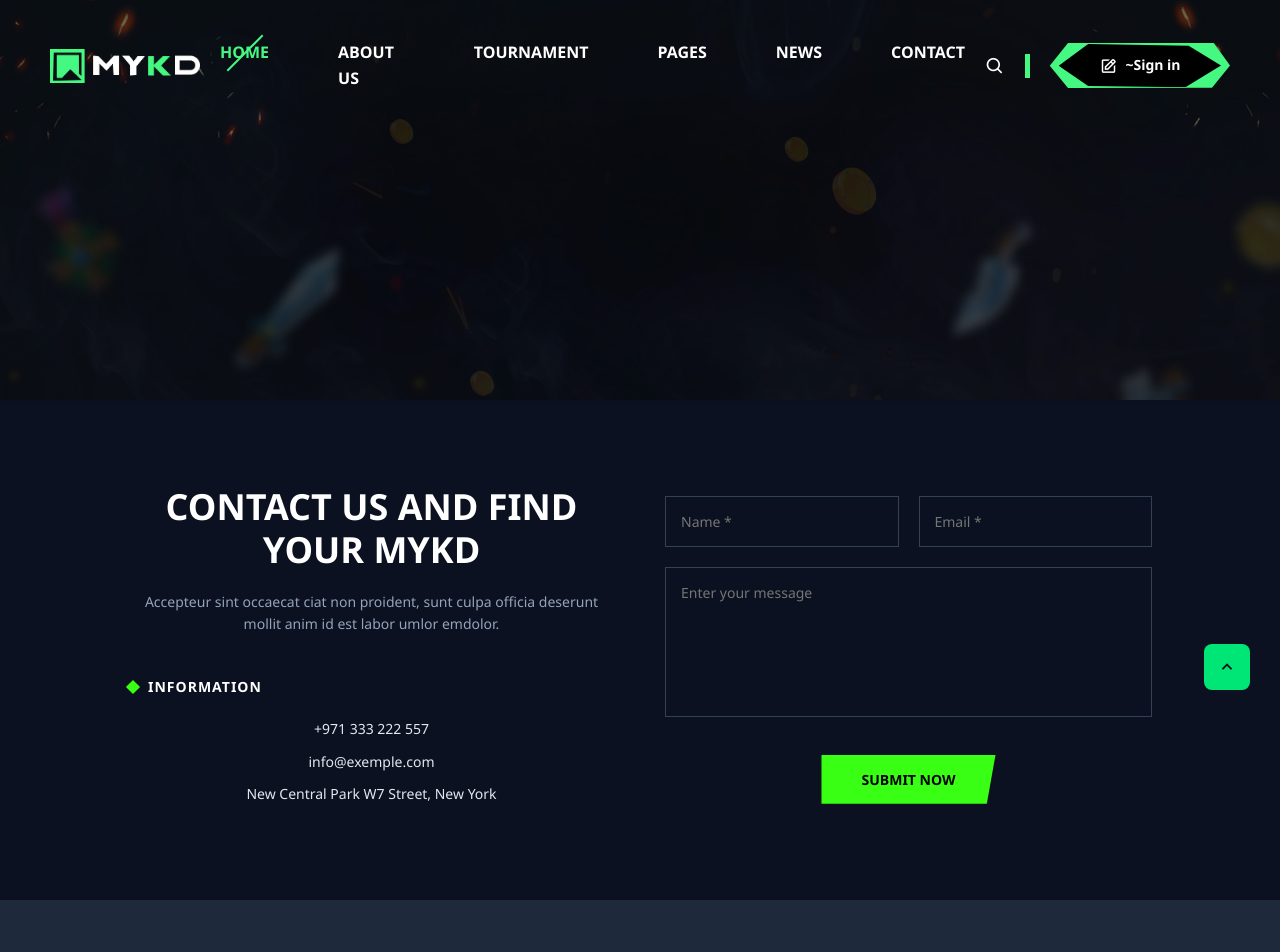
Repository: elfahl52/-MYKD-eSport-and-Gaming
Page: contact.html
The author's editor kept a copy of each file at every save. The page is drawn from the files as they stood at one save, then again after the next save.
The browser window is 1280 px wide. The pictures show the part of the page from y = 0 to 952 px (the page is 1782 px tall before and 1882 px after).
Pictures or frames that could not be fetched are drawn as grey boxes. Some web fonts or font styles are not loaded; a fallback is used.

Above is the page before, as saved 2026-06-11 08:16:17.

### contact.html
<!DOCTYPE html>
<html lang="en">

<head>
    <meta charset="UTF-8">
    <meta name="viewport" content="width=device-width, initial-scale=1.0">
    <title>Document</title>
    <!-- Preconnect for performance -->
    <link rel="preconnect" href="https://fonts.googleapis.com">
    <link rel="preconnect" href="https://fonts.gstatic.com" crossorigin>

    <!-- Fonts -->
    <link
        href="https://fonts.googleapis.com/css2?family=Barlow:ital,wght@0,100;0,200;0,300;0,400;0,500;0,600;0,700;0,800;0,900;1,100;1,200;1,300;1,400;1,500;1,600;1,700;1,800;1,900&family=Josefin+Sans:ital,wght@0,100..700;1,100..700&family=Poppins:wght@300;400;500;600;700&display=swap"
        rel="stylesheet">
    <link href="https://fonts.cdnfonts.com/css/berlin-sans-fb-demi" rel="stylesheet">

    <!-- Icons -->
    <link href='https://unpkg.com/boxicons@2.1.4/css/boxicons.min.css' rel='stylesheet'>
    <link rel="stylesheet" href="https://cdnjs.cloudflare.com/ajax/libs/font-awesome/6.5.1/css/all.min.css">

    <!-- Styles -->
    <link rel="stylesheet" href="css/style.css">
    <link rel="stylesheet" href="css/contact.css">
</head>

<body>


    <!-- start header -->
    <header>
        <!-- start nav -->
        <nav>
            <div class="logo">
                <img src="img/logo/logo.png" alt="Gaming Logo">
            </div>

            <ul class="nav-links">
                <li class="has-dropdown">
                    <a href="#" class="active">HOME</a>
                    <div class="dropDown">
                        <div>
                            <a href="#" class="active">
                                <article></article>
                                <span>HOME ONE</span>
                            </a>
                        </div>
                        <div>
                            <a href="#">
                                <article></article>
                                <span>HOME TWO</span>
                            </a>
                        </div>
                        <div>
                            <a href="#">
                                <article></article>
                                <span>HOME THREE</span>
                            </a>
                        </div>
                        <div>
                            <a href="#">
                                <article></article>
                                <span>HOME FOUR</span>
                            </a>
                        </div>
                        <div>
                            <a href="#">
                                <article></article>
                                <span>HOME FIVE</span>
                            </a>
                        </div>
                    </div>
                </li>
                <li class="has-dropdown">
                    <a href="#">ABOUT US</a>
                    <div class="dropDown">
                        <div>
                            <a href="#">
                                <article></article>
                                <span>ABOUT PAGE 1</span>
                            </a>
                        </div>
                        <div>
                            <a href="#">
                                <article></article>
                                <span>ABOUT PAGE 2</span>
                            </a>
                        </div>
                    </div>
                </li>
                <li class="has-dropdown">
                    <a href="#">TOURNAMENT</a>
                    <div class="dropDown">
                        <div>
                            <a href="#">
                                <article></article>
                                <span>TOURNAMENT</span>
                            </a>
                        </div>
                        <div>
                            <a href="#">
                                <article></article>
                                <span>TOURNAMENT SINGLE</span>
                            </a>
                        </div>
                    </div>
                </li>
                <li class="has-dropdown">
                    <a href="#">PAGES</a>
                    <div class="dropDown">
                        <div>
                            <a href="#">
                                <article></article>
                                <span>GAMING SHOP</span>
                            </a>
                        </div>
                        <div>
                            <a href="#">
                                <article></article>
                                <span>OUR SERVICES</span>
                            </a>
                        </div>
                        <div>
                            <a href="#">
                                <article></article>
                                <span>SERVICES DETAILS</span>
                            </a>
                        </div>
                        <div>
                            <a href="#">
                                <article></article>
                                <span>PLAYER DETAILS</span>
                            </a>
                        </div>
                        <div>
                            <a href="#">
                                <article></article>
                                <span>LOGIN</span>
                            </a>
                        </div>
                        <div>
                            <a href="#">
                                <article></article>
                                <span>SIGN UP</span>
                            </a>
                        </div>
                    </div>
                </li>
                <li class="has-dropdown">
                    <a href="#">NEWS</a>
                    <div class="dropDown">
                        <div>
                            <a href="#">
                                <article></article>
                                <span>OUR BLOG</span>
                            </a>
                        </div>
                        <div>
                            <a href="#">
                                <article></article>
                                <span>BLOG DETAILS</span>
                            </a>
                        </div>
                    </div>
                </li>
                <li><a href="#">CONTACT</a></li>
            </ul>

            <!-- ✅ الزراير على اليمين بس -->
            <div class="right-nav">
                <i class="bx bx-search" id="searchIcon" aria-label="Search"></i>
                <div class="nav-divider"></div>

                <!-- Sign In Button -->
                <div class="btn sign-in-btn">
                    <div>
                        <i class="bx bx-edit"></i>
                        <span>~Sign in</span>
                    </div>
                </div>



                <!-- Hamburger Menu -->
                <div class="hamburger" id="hamburger" aria-label="Toggle menu" aria-expanded="false">
                    <span></span>
                    <span></span>
                    <span></span>
                </div>
            </div>
        </nav>
        <!-- end nav -->

        <!-- Mobile Menu Overlay -->
        <div class="mobile-menu" id="mobileMenu">
            <div class="mobile-menu-header">
                <div class="mobile-logo">
                    <img src="img/logo/logo.png" alt="Gaming Logo">
                </div>
                <button class="close-menu" id="closeMenu" aria-label="Close menu">
                    <i class="bx bx-x"></i>
                </button>
            </div>

            <div class="mobile-menu-content">
                <ul class="mobile-nav-links">
                    <!-- HOME with dropdown -->
                    <li class="mobile-has-dropdown">
                        <a href="#" class="active">
                            <i class="bx bx-home"></i>
                            <span>HOME</span>
                            <i class="bx bx-chevron-down mobile-dropdown-toggle"></i>
                        </a>
                        <ul class="mobile-dropdown">
                            <li><a href="#" class="active">HOME ONE</a></li>
                            <li><a href="#">HOME TWO</a></li>
                            <li><a href="#">HOME THREE</a></li>
                            <li><a href="#">HOME FOUR</a></li>
                            <li><a href="#">HOME FIVE</a></li>
                        </ul>
                    </li>

                    <!-- ABOUT US with dropdown -->
                    <li class="mobile-has-dropdown">
                        <a href="#">
                            <i class="bx bx-user"></i>
                            <span>ABOUT US</span>
                            <i class="bx bx-chevron-down mobile-dropdown-toggle"></i>
                        </a>
                        <ul class="mobile-dropdown">
                            <li><a href="#">ABOUT PAGE 1</a></li>
                            <li><a href="#">ABOUT PAGE 2</a></li>
                        </ul>
                    </li>

                    <!-- TOURNAMENT with dropdown -->
                    <li class="mobile-has-dropdown">
                        <a href="#">
                            <i class="bx bx-trophy"></i>
                            <span>TOURNAMENT</span>
                            <i class="bx bx-chevron-down mobile-dropdown-toggle"></i>
                        </a>
                        <ul class="mobile-dropdown">
                            <li><a href="#">TOURNAMENT</a></li>
                            <li><a href="#">TOURNAMENT SINGLE</a></li>
                        </ul>
                    </li>

                    <!-- PAGES with dropdown -->
                    <li class="mobile-has-dropdown">
                        <a href="#">
                            <i class="bx bx-file"></i>
                            <span>PAGES</span>
                            <i class="bx bx-chevron-down mobile-dropdown-toggle"></i>
                        </a>
                        <ul class="mobile-dropdown">
                            <li><a href="#">GAMING SHOP</a></li>
                            <li><a href="#">OUR SERVICES</a></li>
                            <li><a href="#">SERVICES DETAILS</a></li>
                            <li><a href="#">PLAYER DETAILS</a></li>
                            <li><a href="#">LOGIN</a></li>
                            <li><a href="#">SIGN UP</a></li>
                            <li><a href="#">FORGET PASSWORD</a></li>
                            <li><a href="#">404 PAGE</a></li>
                            <!-- Contact Link in Dropdown -->
                            <li class="contact-item">
                                <a href="#contact" class="contact-link">
                                    <i class="bx bx-envelope"></i>
                                    <span>CONTACT US</span>
                                </a>
                            </li>
                        </ul>
                    </li>

                    <!-- NEWS with dropdown -->
                    <li class="mobile-has-dropdown">
                        <a href="#">
                            <i class="bx bx-news"></i>
                            <span>NEWS</span>
                            <i class="bx bx-chevron-down mobile-dropdown-toggle"></i>
                        </a>
                        <ul class="mobile-dropdown">
                            <li><a href="#">OUR BLOG</a></li>
                            <li><a href="#">BLOG DETAILS</a></li>
                        </ul>
                    </li>

                    <!-- CONTACT -->
                    <li>
                        <a href="#contact">
                            <i class="bx bx-envelope"></i>
                            <span>CONTACT</span>
                        </a>
                    </li>
                </ul>

                <!-- Mobile Actions -->
                <div class="mobile-actions">
                    <button class="mobile-search">
                        <i class="bx bx-search"></i>
                        <span>Search</span>
                    </button>
                    <button class="mobile-signin">
                        <i class="bx bx-edit"></i>
                        <span>Sign in</span>
                    </button>
                </div>

                <!-- Social Media -->
                <div class="mobile-social">
                    <h3>Follow Us</h3>
                    <div class="social-icons">
                        <a href="#" aria-label="Facebook"><i class="bx bxl-facebook"></i></a>
                        <a href="#" aria-label="Twitter"><i class="bx bxl-twitter"></i></a>
                        <a href="#" aria-label="Instagram"><i class="bx bxl-instagram"></i></a>
                        <a href="#" aria-label="YouTube"><i class="bx bxl-youtube"></i></a>
                        <a href="#" aria-label="Discord"><i class="bx bxl-discord"></i></a>
                        <a href="#" aria-label="Twitch"><i class="bx bxl-twitch"></i></a>
                    </div>
                </div>

                <!-- Contact Info -->
                <div class="mobile-contact-info">
                    <h3>Contact Info</h3>
                    <p><i class="bx bx-phone"></i> +1 234 567 890</p>
                    <p><i class="bx bx-envelope"></i> info@example.com</p>
                    <p><i class="bx bx-map"></i> 123 Gaming Street, City, Country</p>
                </div>
            </div>
        </div>

        <!-- Overlay for mobile menu -->
        <div class="mobile-overlay" id="mobileOverlay"></div>
    </header>
    <!-- end header -->

         <!-- القسم العلوي: المعلومات والنموذج -->
    <section class="contact-section">

        <!-- المعلومات -->
        <div class="contact-info">
            <h1>Contact Us And Find Your MYKD</h1>
            <p>
                Accepteur sint occaecat ciat non proident, sunt culpa officia deserunt mollit anim id est labor umlor emdolor.
            </p>

            <div class="info-header">
                <span class="diamond-icon"></span>
                INFORMATION
            </div>

            <ul class="details-list">
                <li>+971 333 222 557</li>
                <li>info@exemple.com</li>
                <li>New Central Park W7 Street, New York</li>
            </ul>
        </div>

        <!-- النموذج -->
        <form class="contact-form">
            <div class="form-row">
                <div class="input-group">
                    <input type="text" placeholder="Name *" required>
                </div>
                <div class="input-group">
                    <input type="email" placeholder="Email *" required>
                </div>
            </div>

            <textarea placeholder="Enter your message" required></textarea>

            <button type="submit" class="submit-btn">Submit Now</button>
        </form>

    </section>

    <!-- القسم السفلي: الخريطة -->
    <div class="map-container">
        <!-- تم استخدام خريطة نيويورك كمثال -->
        <iframe src="https://www.google.com/maps/embed?pb=!1m18!1m12!1m3!1d193595.15830869428!2d-74.119763973046!3d40.69766374874431!2m3!1f0!2f0!3f0!3m2!1i1024!2i768!4f13.1!3m3!1m2!1s0x89c24fa5d33f083b%3A0xc80b8f06e177fe62!2sNew%20York%2C%20NY%2C%20USA!5e0!3m2!1sen!2seg!4v1620000000000!5m2!1sen!2seg" allowfullscreen="" loading="lazy"></iframe>
    </div>

    <!-- start footer section -->
        <footer>
            <div class="container">
                <div class="footer-row">

                    <!-- Column 1: Logo & Info -->
                    <div class="footer-col-1">
                        <div class="footer-logo">
                            <div class="logo-icon">
                                <i class='bx bxs-image'></i>
                            </div>
                            <div class="logo-text">
                                <span class="my">MY</span><span class="kd">KD</span>
                            </div>
                        </div>
                        <p>Lorem ipsum dolor sit amet consectetur adipiscing. Duis sollicitudin augue euismod. Nulla ullam
                            dolor sit amet consectetur.</p>
                        <div class="active-with-us">
                            <span class="active">ACTIVE</span>
                            <span class="with-us">WITH US <i class='bx bx-chevrons-right'></i></span>
                        </div>
                        <div class="social-icons">
                            <a href="#" class="discord" aria-label="Discord"><img src="./img/icons/social_icon01.png"
                                    alt=""></a>
                            <a href="#" class="twitter" aria-label="Twitter"><img src="./img/icons/social_icon02.png"
                                    alt=""></a>
                            <a href="#" class="instagram" aria-label="Instagram"><img src="./img/icons/social_icon03.png"
                                    alt=""></a>
                            <a href="#" class="telegram" aria-label="Telegram"><img src="./img/icons/social_icon04.png"
                                    alt=""></a>
                        </div>
                    </div>

                    <!-- Column 2: Quick Link -->
                    <div class="footer-col">
                        <h3>Quick Link</h3>
                        <div class="footer-links">
                            <a href="#">Gaming</a>
                            <a href="#">Product</a>
                            <a href="#">All NFTs</a>
                            <a href="#">Social Network</a>
                            <a href="#">Domain Names</a>
                            <a href="#">Collectibles</a>
                        </div>
                    </div>

                    <!-- Column 3: Supports -->
                    <div class="footer-col">
                        <h3>Supports</h3>
                        <div class="footer-links">
                            <a href="#">Setting &amp; Privacy</a>
                            <a href="#">Help &amp; Support</a>
                            <a href="#">Live Auctions</a>
                            <a href="#">Item Details</a>
                            <a href="#">24/7 Supports</a>
                            <a href="#">Our News</a>
                        </div>
                    </div>

                    <!-- Column 4: Newsletter -->
                    <div class="footer-col footer-col-4">
                        <h3>Newsletter</h3>
                        <p>Subscribe our newsletter to get our latest update &amp; newsconsectetur</p>
                        <form class="newsletter-form" onsubmit="return false;">
                            <input type="email" placeholder="Your email address" aria-label="Email address">
                            <button type="submit" aria-label="Subscribe">
                                <i class='bx bx-right-arrow-alt'></i>
                            </button>
                        </form>
                    </div>

                </div>
            </div>

            <!-- Bottom Bar -->
            <div class="bottom-bar">
                <span class="copyright">
                    COPYRIGHT &copy; 2026 &ndash; ALL RIGHTS RESERVED BY <span class="mykd-green">Khaled Elfahl</span>
                </span>
                <div class="payment-icons">
                    <span class="pay-badge pay-paypal">PayPal</span>
                    <span class="pay-badge pay-ebay">eBay</span>
                    <span class="pay-badge pay-cirrus">Cirrus</span>
                    <span class="pay-badge pay-visa">VISA</span>
                    <span class="pay-badge pay-discover">DISCOVER</span>
                    <span class="pay-badge pay-mastercard">MasterCard</span>
                </div>
            </div>
        </footer>

    <!-- Scroll to Top -->
    <button class="scroll-top" onclick="window.scrollTo({top:0,behavior:'smooth'})" aria-label="Scroll to top">
        <i class='bx bx-chevron-up'></i>
    </button>

    <!-- end footer section -->
    <!-- js  -->
    <script src="js/main.js"></script>
</body>

</html>

### css/contact.css
* {
  font-family: "Segoe UI", Tahoma, Geneva, Verdana, sans-serif;
}

body {
  background-color: #0f172a;
  color: #ffffff;
}

 header {
  background: url("../img/bg/breadcrumb_bg01.jpg") no-repeat center center / cover;
  background-color: var(--header-overlay);
  background-blend-mode: overlay;
  box-shadow: 0 2px 4px rgba(0, 0, 0, 0.1);
  min-height: 400px;
  font-family: var(--heading-font);
  position: relative;
  overflow: hidden;
}
.contact-section {
  display: flex;
  flex-wrap: wrap;
  padding: 80px 10%;
  background-color: #0b1120;
  min-height: 500px;
  align-items: center;
  justify-content: space-between;
}


.contact-info {
  flex: 1;
  min-width: 300px;
  padding-right: 50px;
}

.contact-info h1 {
  font-size: 36px;
  font-weight: 700;
  margin-bottom: 20px;
  line-height: 1.2;
  text-transform: uppercase;
}

.contact-info p {
  color: #94a3b8;
  margin-bottom: 40px;
  line-height: 1.6;
  font-size: 14px;
}

.info-header {
  display: flex;
  align-items: center;
  margin-bottom: 20px;
  font-weight: bold;
  font-size: 14px;
  letter-spacing: 1px;
}

.diamond-icon {
  width: 10px;
  height: 10px;
  background-color: #39ff14;
  transform: rotate(45deg);
  margin-right: 10px;
  display: inline-block;
}

.details-list li {
  list-style: none;
  margin-bottom: 10px;
  font-size: 14px;
  color: #e2e8f0;
}

/*right side*/
.contact-form {
  flex: 1;
  min-width: 300px;
}

.form-row {
  display: flex;
  gap: 20px;
  margin-bottom: 20px;
}

.input-group {
  flex: 1;
  position: relative;
}

input,
textarea {
  width: 100%;
  background: transparent;
  border: 1px solid #334155;
  padding: 15px;
  color: white;
  font-size: 14px;
  outline: none;
  transition: 0.3s;
}

input:focus,
textarea:focus {
  border-color: #39ff14;
}

textarea {
  height: 150px;
  resize: none;
  margin-bottom: 30px;
}

/* button*/
.submit-btn {
  background-color: #39ff14;
  color: #000;
  border: none;
  padding: 15px 40px;
  font-weight: bold;
  font-size: 14px;
  cursor: pointer;
  text-transform: uppercase;
  clip-path: polygon(0 0, 100% 0, 95% 100%, 0% 100%);
  transition: 0.3s;
}

.submit-btn:hover {
  background-color: #2ecc71;
  transform: translateX(5px);
}

/* map*/
.map-container {
  width: 100%;
  height: 450px;
  background-color: #1e293b;
}

iframe {
  width: 100%;
  height: 100%;
  border: 0;
  filter: grayscale(100%) invert(92%) contrast(83%);
}

/* responsive*/
@media (max-width: 768px) {
  .contact-section {
    flex-direction: column;
    padding: 40px 5%;
  }
  .contact-info {
    padding-right: 0;
    margin-bottom: 40px;
  }
  .form-row {
    flex-direction: column;
    gap: 0;
  }
}

Loaded but not shown: js/main.js (141 lines, source omitted); css/style.css (3067 lines, source omitted)

After the next save:
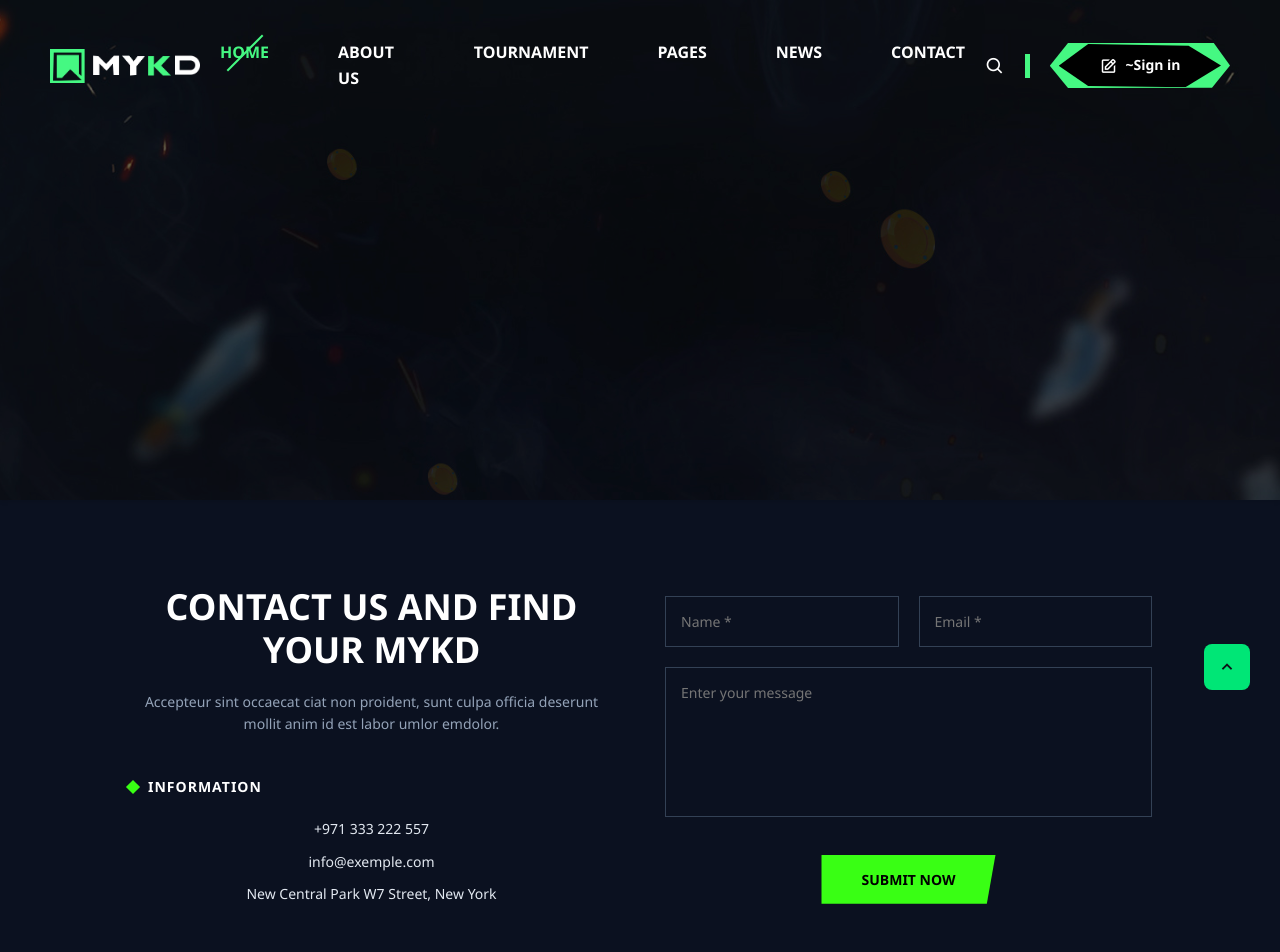
Saved 4 s later.
--- a/css/contact.css
+++ b/css/contact.css
@@ -12,7 +12,7 @@ body {
   background-color: var(--header-overlay);
   background-blend-mode: overlay;
   box-shadow: 0 2px 4px rgba(0, 0, 0, 0.1);
-  min-height: 400px;
+  min-height: 500px;
   font-family: var(--heading-font);
   position: relative;
   overflow: hidden;
